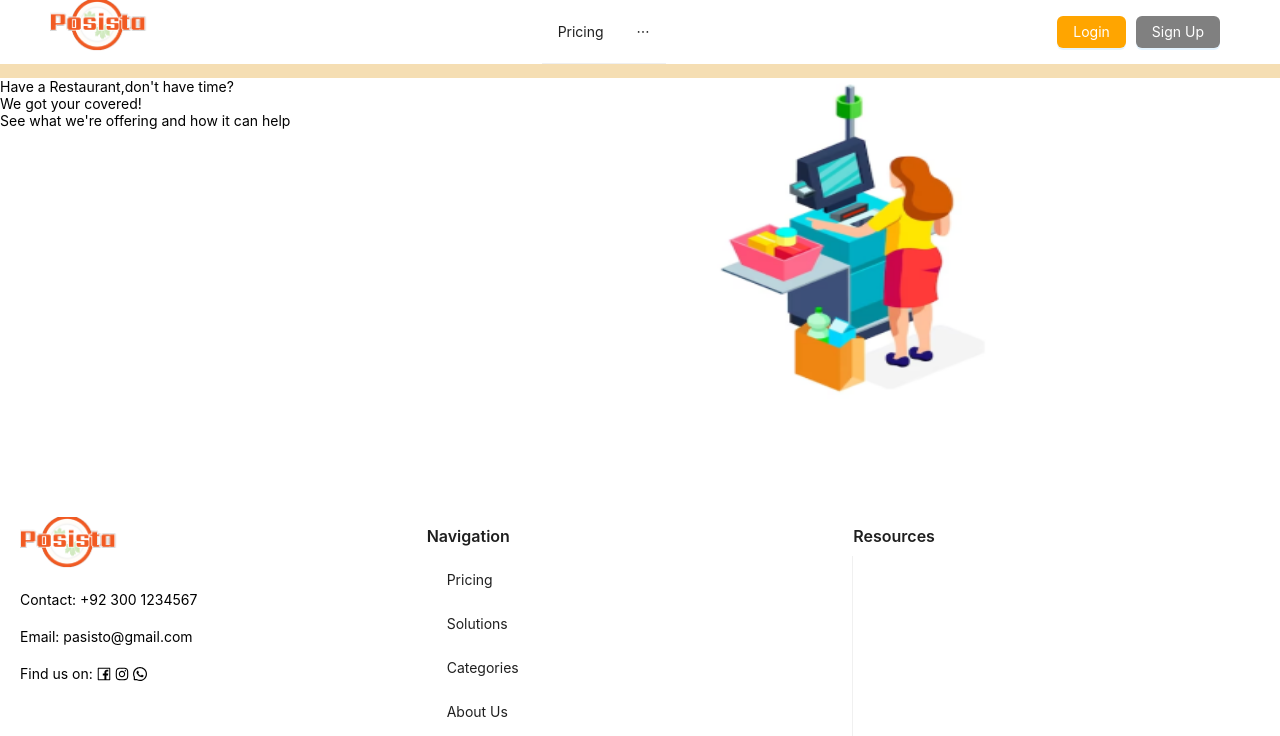
Repository: usmanarshad90/Posista
Page: / (app in test/)
These files come from the project's save history. The page is drawn as it stood at one moment and after the next save; the edit follows.
The browser window is 1280 px wide. The pictures show the whole page.
The project was rebuilt for these pictures with package versions that can differ from the ones it lists, and the page was loaded fresh each time. Also part of the build but not shown: test/src/components/Pricing/Pricing.jsx, test/src/components/Solution/Solutions.jsx, test/src/components/About/AboutUs.jsx, test/src/components/login/login.jsx, test/src/components/signup/signup.jsx.

Above is the page before, as saved 2023-11-28 14:28:27.

After the next save:
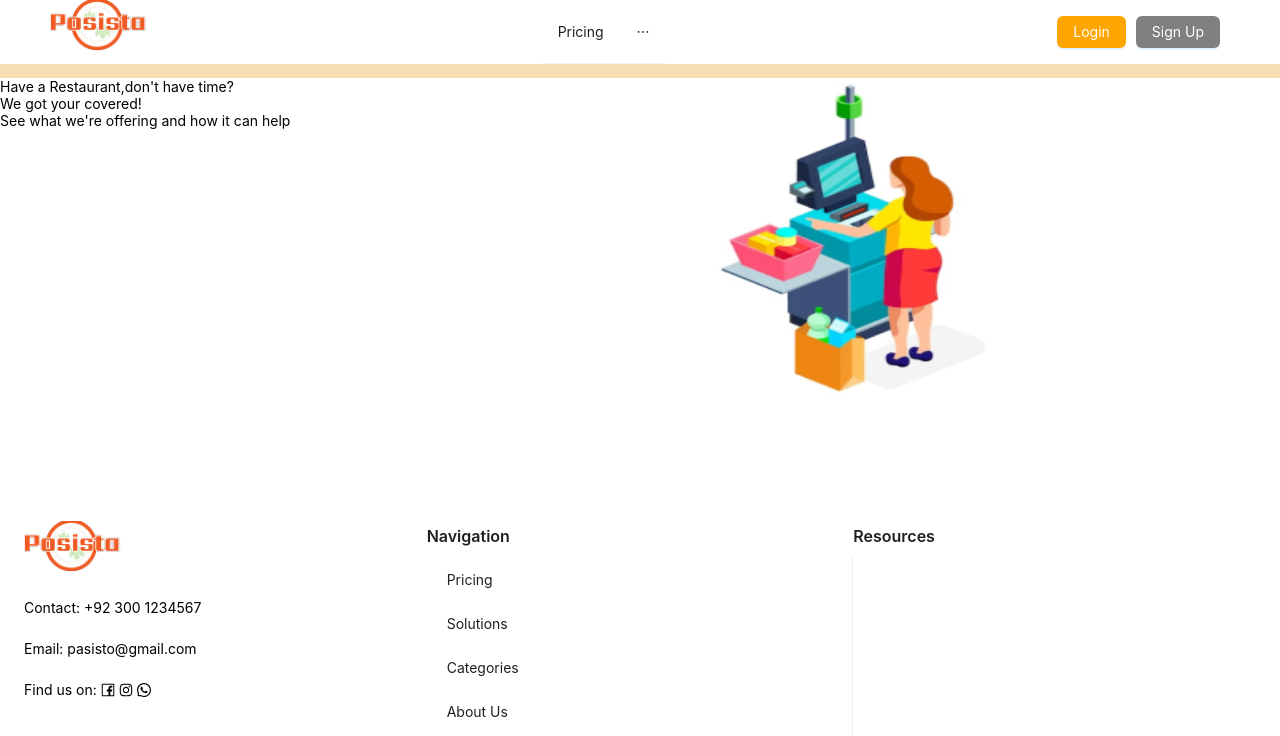
Saved 11 s later.
--- a/test/src/components/Footer/Footer.jsx
+++ b/test/src/components/Footer/Footer.jsx
@@ -12,7 +12,7 @@ const Footer = () => {
   const style = {
     background: '',
     text_align:'left',
-    padding: ' 10px ',
+    padding: ' 12px ',
 
 
 
